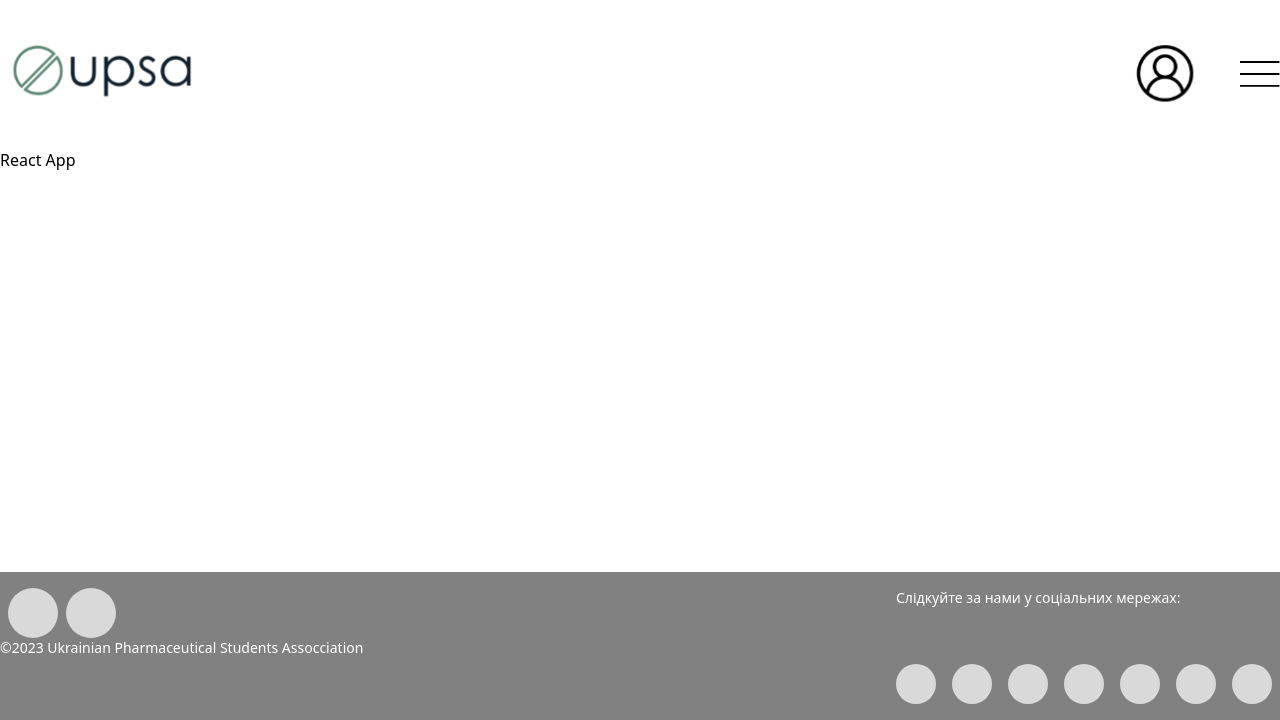
Repository: Alina-Khmilevska/UPSA-React
Page: /
An editor plug-in stored every save of this project. The page is shown before and after the next save, followed by the edit.
The browser window is 1280 px wide. The pictures show the whole page.
The project was rebuilt for these pictures with package versions that can differ from the ones it lists, and the page was loaded fresh each time. Also part of the build but not shown: src/components/header/menu/burgermenu/Menu.css.

Above is the page before, as saved 2023-09-26 16:34:47.

### src/App.js
import './App.css';
import Footer from './components/footer/Footer';
import Header from './components/header/Header';

export default function App() {
  return (
    <div className="flex flex-col min-h-screen">
      <Header />
      <main className="flex-1">
        <h1>React App</h1>
      </main>
      <Footer className="mt-auto" />
    </div>
  )
}

### src/App.css
.App {
  text-align: center;
}
.upsa-bg-grey {
  background-color: #818181;
}
.upsa-bg-button {
  background-color: #4A4948;
}

### src/components/footer/Footer.jsx
import React from "react";
import LanguageIcons from "../shared/icons/LanguageIcons";
import SocialIcons from "../shared/icons/SocialIcons";

const Footer = () => {
    return (
        <footer className="upsa-bg-grey text-white py-4">
            <div className="flex flex-row justify-between">
                <div className="flex flex-col justify-start">
                    <LanguageIcons />

                    <p className="text-sm">
                        &copy;{new Date().getFullYear()} Ukrainian Pharmaceutical Students Assocciation
                    </p>
                </div>
                <div className="flex flex-col ">
                    <p className="text-sm">
                        Слідкуйте за нами у соціальних мережах:
                    </p>
                    <SocialIcons />
                </div>
            </div>
        </footer>
    );
};

export default Footer;

### src/components/header/Header.jsx
import React, { useState } from "react";
import Logo from "./logo/Logo";
import BurgerIcon from "./menu/burgermenu/icons/BurgerIcon";
import Account from "./menu/account/Account";
import Menu from "./menu/burgermenu/Menu";


const Header = () => {
  const [isMenuOpen, setIsMenuOpen] = useState(false);

  const handleMenuToggle = () => {
    setIsMenuOpen(!isMenuOpen);
  };

  const handleCloseMenu = () => {
    setIsMenuOpen(false);
  };
  return (
    <header className="bg-white font-inter">
      <div className="container mx-auto flex items-center justify-between">
        <Logo />
        <div className="flex items-center justify-between">
          <Account />
          <BurgerIcon onClick={handleMenuToggle} />
          <Menu isOpen={isMenuOpen} onClose={handleCloseMenu} />
        </div>
      </div>
    </header>
  );
};

export default Header;

### src/components/shared/icons/LanguageIcons.jsx
import React from "react";
import Ellipse from "../../../assets/images/icons/tmp/ellipse.svg";

const LanguageIcons = () => {
    return (
        <div className="flex flex-row">
            <div className="px-2">
                <img src={Ellipse} alt="Ellipse" width={50} height={50} />
            </div>
            <img src={Ellipse} alt="Ellipse" width={50} height={50} />
        </div>
    );
};

export default LanguageIcons;

### src/components/shared/icons/SocialIcons.jsx
import React from "react";
import Ellipse from "../../../assets/images/icons/tmp/ellipse.svg";

const SocialIcons = () => {
    return (
        <div className="flex justify-start mt-14">
            <div className="pr-2">
                <img
                    src={Ellipse}
                    alt="Ellipse"
                    width={40}
                    height={40}
                />
            </div>
            <div className="px-2">
                <img
                    src={Ellipse}
                    alt="Ellipse"
                    width={40}
                    height={40}
                />
            </div>
            <div className="px-2">
                <img
                    src={Ellipse}
                    alt="Ellipse"
                    width={40}
                    height={40}
                />
            </div>
            <div className="px-2">
                <img
                    src={Ellipse}
                    alt="Ellipse"
                    width={40}
                    height={40}
                />
            </div>
            <div className="px-2">
                <img
                    src={Ellipse}
                    alt="Ellipse"
                    width={40}
                    height={40}
                />
            </div>
            <div className="px-2">
                <img
                    src={Ellipse}
                    alt="Ellipse"
                    width={40}
                    height={40}
                />
            </div>
            <div className="px-2">
                <img
                    src={Ellipse}
                    alt="Ellipse"
                    width={40}
                    height={40}
                />
            </div>

        </div>
    );
};

export default SocialIcons;

### src/components/header/logo/Logo.jsx
// Logo.jsx
import React from "react";
import ReactLogo from "../../../assets/images/icons/logo.svg";

const Logo = () => {
  return (
    <div className="text-2xl font-bold">

      <a href="/">
        <img src={ReactLogo}
          alt="Logo" width={210} height={150} />
      </a>
    </div>
  );
};

export default Logo;

### src/components/header/menu/burgermenu/icons/BurgerIcon.jsx
// BurgerIcon.jsx
import React from "react";
import Icon from "../../../../../assets/images/icons/burgerIcon.svg";

const BurgerIcon = ({ onClick }) => {
  return (
    <div className="cursor-pointer" onClick={onClick}>
      <img
        src={Icon}
        alt="Burger Icon"
        width={40}
        height={40}
      />
    </div>
  );
};

export default BurgerIcon;

### src/components/header/menu/account/Account.jsx
// Account.jsx
import React from "react";
import Icon from "../../../../assets/images/icons/account.svg";

const Account = ({ onClick }) => {
  return (
    <div className="mr-10">
    <a className="cursor-pointer" href="#">
      <img
        src={Icon}
        alt="Account Icon"
        width={70}
        height={56}
      />
    </a>
    </div>
  );
};

export default Account;

### src/components/header/menu/burgermenu/Menu.jsx
// Menu.jsx
import React from "react";
import CloseIcon from "./icons/CloseIcon";
import SocialIcons from "../../../shared/icons/SocialIcons";
import "./Menu.css";
import LanguageIcons from "../../../shared/icons/LanguageIcons";

const Menu = ({ isOpen, onClose }) => {
    const menuStyle = {
        width: isOpen ? "50%" : "0",
        right: isOpen ? "0" : "-50%",
    };

    return (
        <div
            className="upsa-bg-grey h-full text-white fixed top-0 right-0 transition-all duration-300 ease-in-out px-20"
            style={menuStyle}
        >
            <CloseIcon onClick={onClose} />
            <ul className="mt-32 mr-4 text-4xl font-light leading-loose">
                <li>Проекти</li>
                <li>Події</li>
                <li>Стати членом асоціації</li>
                <li>EPSA -Student Science ward</li>
                <li>Контакти</li>
                <li>Support Ukraine</li>
            </ul>

            <button className="upsa-bg-button rounded-md px-12 py-1 mt-10">
                <a href="#" className="font-light">
                    Увійти як член управління
                </a>
            </button>
            <SocialIcons />


            <div className="flex flex-row justify-between mt-14">
                <a href="mailto:upsa@gmail.com" className="font-light">
                    upsa@gmail.com
                </a>
                <LanguageIcons />
            </div>
        </div>
    );
};

export default Menu;

### src/components/header/menu/burgermenu/icons/CloseIcon.jsx
import React from "react";
import Icon from "../../../../../assets/images/icons/close.svg";

const CloseIcon = ({ onClick }) => {
  return (
    <button className="absolute top-10 right-10" onClick={onClick}>
      <img
        src={Icon}
        alt="Close Icon"
        width={50}
        height={50}
      />
    </button>
  );
};

export default CloseIcon;

Loaded but not shown: public/index.html (common file); src/index.js (common file); src/index.css (common file); src/reportWebVitals.js (common file); tailwind.config.js (common file)

After the next save:
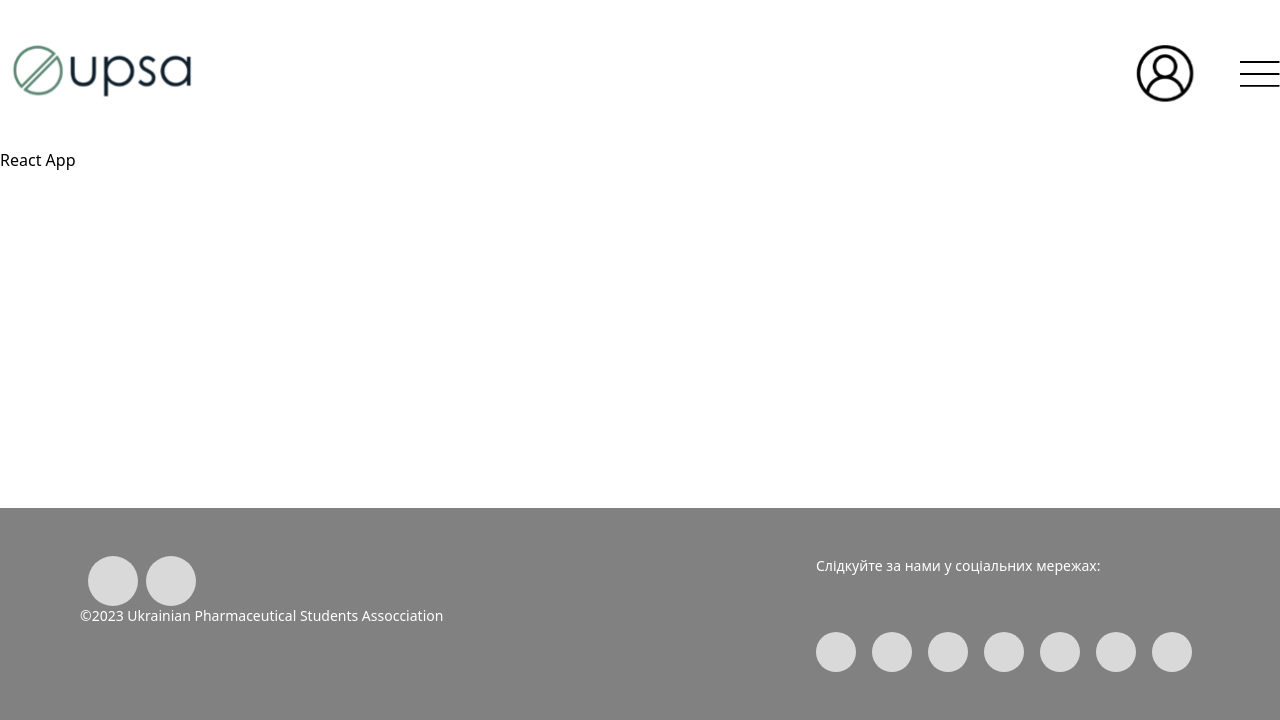
Saved 34 s later.
--- a/src/components/footer/Footer.jsx
+++ b/src/components/footer/Footer.jsx
@@ -4,7 +4,7 @@
 
 const Footer = () => {
     return (
-        <footer className="upsa-bg-grey text-white py-4">
+        <footer className="upsa-bg-grey text-white py-12 px-20">
             <div className="flex flex-row justify-between">
                 <div className="flex flex-col justify-start">
                     <LanguageIcons />
